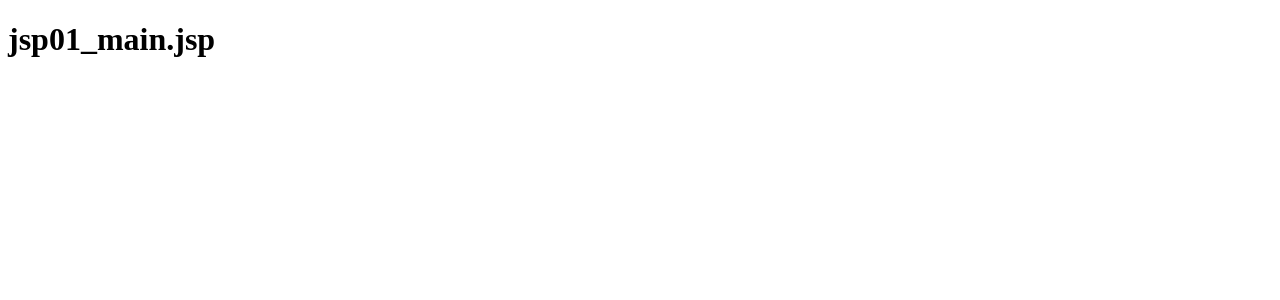
Repository: yeobleeme/06_jsp_basic
Page: http://localhost/jsp01_basic/jsp06_action/jsp01_main.jsp
The author's editor kept a copy of each file at every save. The page is drawn from the files as they stood at one save, then again after the next save.
The browser window is 1280 px wide. The pictures show the whole page.
The page is served by Tomcat 9. Other server files are loaded and not shown.

Above is the page before, as saved 2023-05-11 04:14:35.

### jsp01_basic/WebContent/jsp06_action/jsp01_main.jsp
<%@page language="java" contentType="text/html; charset=UTF-8" pageEncoding="UTF-8"%>
<!DOCTYPE html>
<html>
<head>
<meta charset="UTF-8">
<title>Insert title here</title>
</head>
<body>
	<!-- jsp01_menu.jsp, jsp01_footer.jsp, jsp01_sub.jsp -->
	<%@include file ="jsp01_menu.jsp" %>
	<div class="container">
		<h1>jsp01_main.jsp</h1>
		<%@include file ="jsp01_sub.jsp" %>
	</div>

	<%@include file ="jsp01_footer.jsp" %>
</body>
</html>

### jsp01_basic/WebContent/jsp06_action/jsp01_menu.jsp
<%@page language="java" contentType="text/html; charset=UTF-8" pageEncoding="UTF-8"%>
<!DOCTYPE html>
<html>
<head>
<meta charset="UTF-8">
<title>Insert title here</title>
</head>
<body>

</body>
</html>

### jsp01_basic/WebContent/jsp06_action/jsp01_sub.jsp
<%@page language="java" contentType="text/html; charset=UTF-8" pageEncoding="UTF-8"%>
<!DOCTYPE html>
<html>
<head>
<meta charset="UTF-8">
<title>Insert title here</title>
</head>
<body>

</body>
</html>

### jsp01_basic/WebContent/jsp06_action/jsp01_footer.jsp
<%@page language="java" contentType="text/html; charset=UTF-8" pageEncoding="UTF-8"%>
<!DOCTYPE html>
<html>
<head>
<meta charset="UTF-8">
<title>Insert title here</title>
</head>
<body>

</body>
</html>

After the next save:
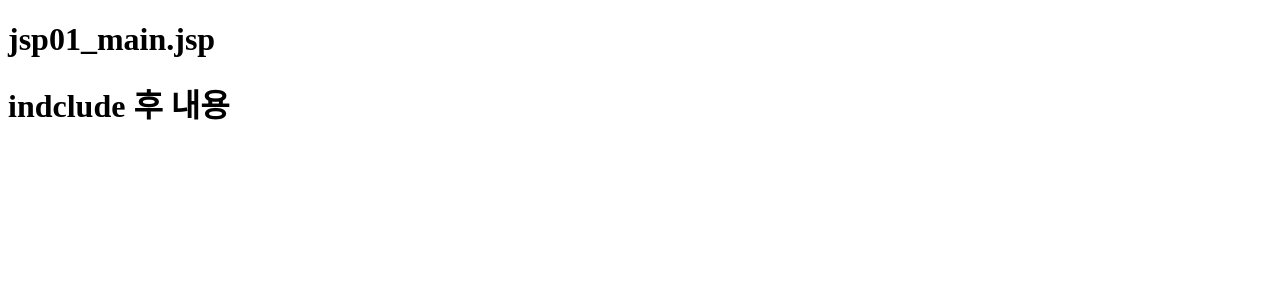
Saved 21 s later.
--- a/jsp01_basic/WebContent/jsp06_action/jsp01_main.jsp
+++ b/jsp01_basic/WebContent/jsp06_action/jsp01_main.jsp
@@ -11,6 +11,7 @@
 	<div class="container">
 		<h1>jsp01_main.jsp</h1>
 		<%@include file ="jsp01_sub.jsp" %>
+		<h1>indclude 후 내용</h1>
 	</div>
 
 	<%@include file ="jsp01_footer.jsp" %>
